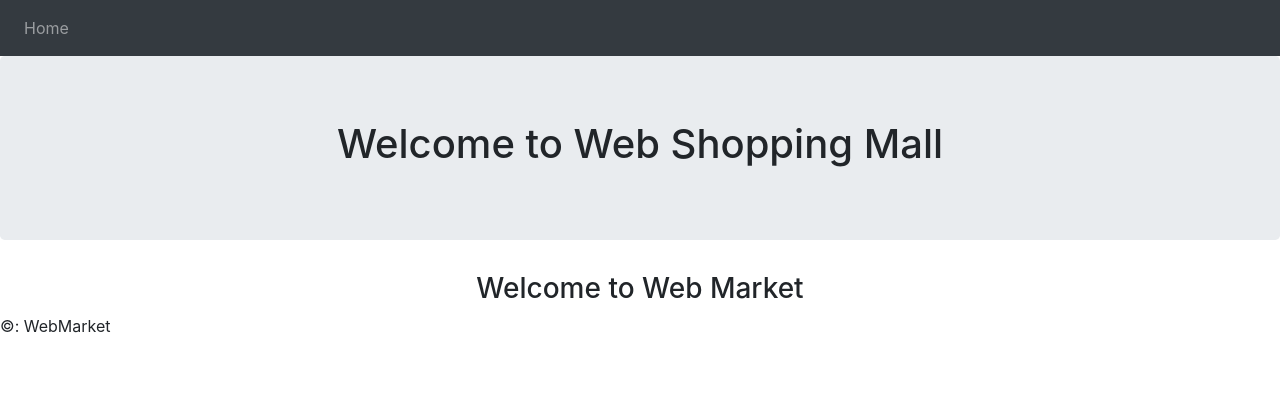
Repository: Jin0207/jsp
Page: http://localhost/day1213/welcome.jsp
The author's editor kept a copy of each file at every save. The page is drawn from the files as they stood at one save, then again after a run of saves.
The browser window is 1280 px wide. The pictures show the whole page.
The page is served by Tomcat 9.

Above is the page before, as saved 2021-12-13 02:08:04.

After the next 2 saves:
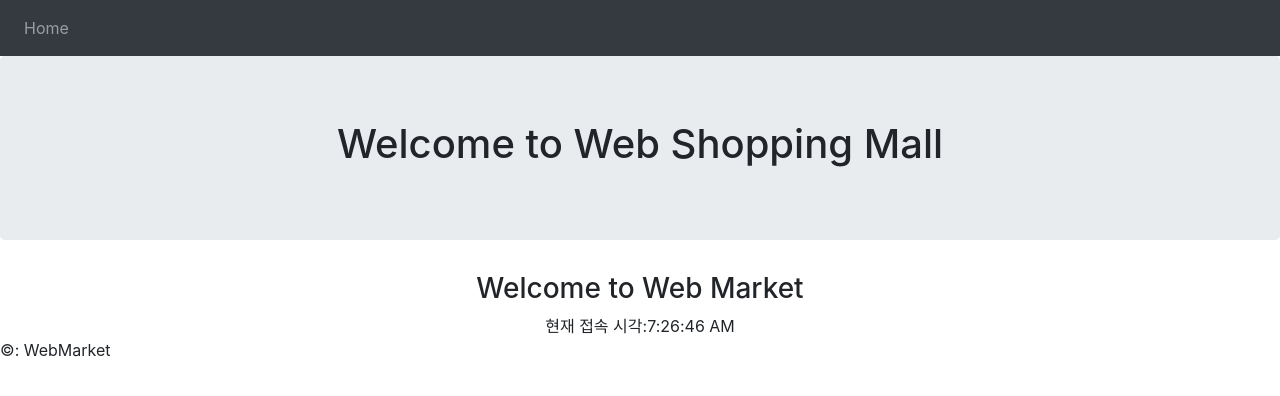
The 2 saves are shown as one change because 1 did not build or start.
The last was saved 63 s later.
--- a/day1213/src/main/webapp/welcome.jsp
+++ b/day1213/src/main/webapp/welcome.jsp
@@ -48,6 +48,7 @@
 			}
 
 			String CT = hour + ":" + minute + ":" + second + " " + am_pm;
+			out.print("현재 접속 시각:" + CT + "<br>");
 		%>
 	</div>
 	<footer>
